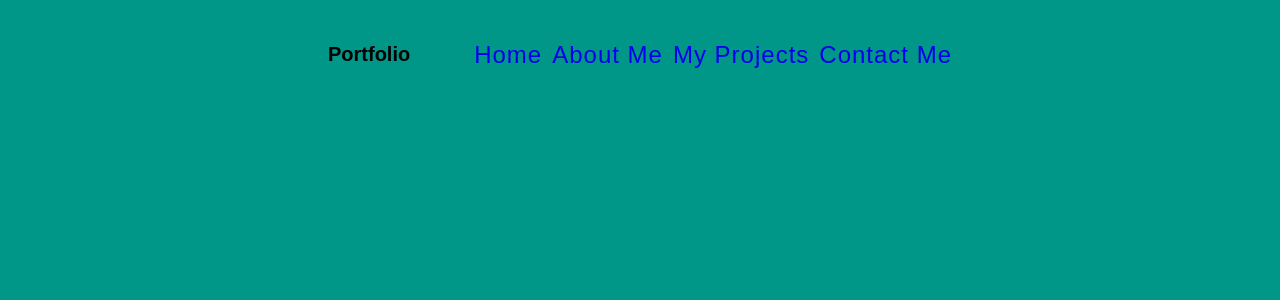
Repository: ChristianGecchelin/portfolio-web
Page: /
These files come from the project's save history. The page is drawn as it stood at one moment and after the next save; the edit follows.
The browser window is 1280 px wide. The pictures show the whole page.
The project was rebuilt for these pictures with package versions that can differ from the ones it lists, and the page was loaded fresh each time. Also part of the build but not shown: src/App/App.css.

Above is the page before, as saved 2022-01-20 17:27:42.

### public/index.html
<!DOCTYPE html>
<html lang="en">
  <head>
    <meta charset="utf-8" />
    <link rel="icon" href="%PUBLIC_URL%/favicon.ico" />
    <meta name="viewport" content="width=device-width, initial-scale=1" />
    <meta name="theme-color" content="#000000" />
    <meta name="description" content="Portfolio Online Christian Gecchelin" />
    <link rel="apple-touch-icon" href="%PUBLIC_URL%/logo192.png" />

    <link rel="manifest" href="%PUBLIC_URL%/manifest.json" />

    <title>Portfolio Christian</title>
  </head>
  <body>
    <noscript>You need to enable JavaScript to run this app.</noscript>
    <div id="root"></div>
  </body>
</html>

### src/index.js
import React from "react";
import ReactDOM from "react-dom";

import App from "./App/index";
import "./index.css";
ReactDOM.render(<App />, document.getElementById("root"));

### src/App/index.js
import { AppUI } from "./AppUI";
import "./App.css";

function App() {
  return <AppUI></AppUI>;
}

export default App;

### src/index.css
* {
  box-sizing: border-box;
  margin: 0;
  padding: 0;
}
html {
  font-size: 62.5%;
  font-family: "DM Sans", sans-serif;
}
body {
  background: #009688;
}

### src/App/AppUI.js
import React from "react";
import { Header } from "../Header/Index.js";
import "./App.css";

function AppUI() {
  return (
    <>
      <Header />
    </>
  );
}
export { AppUI };

### src/Header/Index.js
import React from "react";
import { NavBar } from "./NavBar";
import "./header.css";

function Header() {
  return (
    <header>
      <h1>Portfolio</h1>
      <NavBar />
    </header>
  );
}
export { Header };

### src/Header/NavBar/index.js
import React from "react";
import { MobileNavigation } from "./MobileNavigation";
import { Navigation } from "./Navigation";
import "./NavBar.css";
function NavBar() {
  return (
    <div className="NavBar">
      <MobileNavigation />
      <Navigation />
    </div>
  );
}
export { NavBar };

### src/Header/header.css
header {
  display: flex;
  position: fixed;
  flex-direction: row;
  justify-content: center;
  align-items: center;
  gap: 5%;
  width: 100%;
  height: 15vh;
}
header h1 {
  margin: 0;
}

### src/Header/NavBar/MobileNavigation.js
import React, { useState } from "react";
import "./NavBar.css";
import { NavLinks } from "./NavLinks";
import { TiThMenu } from "react-icons/ti";
function MobileNavigation() {
  const [open, setOpen] = useState(false);
  const closeMobileMenu = () => setOpen(false);
  return (
    <nav className="MobileNavigation">
      <TiThMenu className="hamburguer" onClick={() => setOpen(!open)} />
      {open && <NavLinks isMobile={true} closeMobileMenu={closeMobileMenu} />}
    </nav>
  );
}
export { MobileNavigation };

### src/Header/NavBar/Navigation.js
import React from "react";
import "./NavBar.css";
import { NavLinks } from "./NavLinks";
function Navigation() {
  return (
    <nav className="Navigation">
      <NavLinks />
    </nav>
  );
}
export { Navigation };

### src/Header/NavBar/NavBar.css
.NavBar .MobileNavigation {
  display: none;
}
.NavBar .Navigation {
  display: flex;
  align-items: center;
}
.NavBar nav ul {
  display: flex;
  flex-direction: row;
  justify-content: center;
  gap: 10px;
  text-align: center;
  list-style: none;
}
.NavBar nav ul li a {
  font-size: 2.4rem;
  font-weight: 500;
  line-height: 2.5rem;
  text-decoration: none;
  letter-spacing: 1px;
}
a:visited {
  color: #8c1cd1;
}
@media (max-width: 750px) {
  .NavBar .Navigation {
    display: none;
  }
  .NavBar .MobileNavigation {
    display: flex;
    align-items: center;
  }
  .NavBar .MobileNavigation .hamburguer {
    position: absolute;
    color: #000;
    height: 2rem;
    width: 2rem;
    cursor: pointer;
    z-index: 1;
  }
  .NavBar nav ul {
    display: flex;
    flex-direction: column;
    justify-content: center;
    gap: 10px;
    position: absolute;
    margin: 0;
    top: 0;
    right: 0;
    width: 100%;
    height: 100vh;
    background: rgba(0, 0, 0, 0.4);
    text-align: center;
  }
  .NavBar nav ul li a {
    font-size: 2.4rem;
    font-weight: 500;
    line-height: 2.5rem;
    text-decoration: none;
    letter-spacing: 1px;
  }
  a:visited {
    color: #8c1cd1;
  }
}

### src/Header/NavBar/NavLinks.js
import React from "react";
import "./NavBar.css";
import { motion } from "framer-motion";
function NavLinks(props) {
  const animateFrom = { opacity: 0, y: -40 };
  const animateTo = { opacity: 1, y: 0 };
  return (
    <ul>
      <motion.li
        initial={animateFrom}
        animate={animateTo}
        transition={{ delay: 0.05 }}
        onClick={() => props.isMobile && props.closeMobileMenu()}
      >
        <a href="#home">Home</a>
      </motion.li>
      <motion.li
        initial={animateFrom}
        animate={animateTo}
        transition={{ delay: 0.1 }}
        onClick={() => props.isMobile && props.closeMobileMenu()}
      >
        <a href="#aboutMe">About Me</a>
      </motion.li>
      <motion.li
        initial={animateFrom}
        animate={animateTo}
        transition={{ delay: 0.2 }}
        onClick={() => props.isMobile && props.closeMobileMenu()}
      >
        <a href="#myProjects">My Projects</a>
      </motion.li>
      <motion.li
        initial={animateFrom}
        animate={animateTo}
        transition={{ delay: 0.3 }}
        onClick={() => props.isMobile && props.closeMobileMenu()}
      >
        <a href="#contactMe">Contact Me</a>
      </motion.li>
    </ul>
  );
}
export { NavLinks };

After the next save:
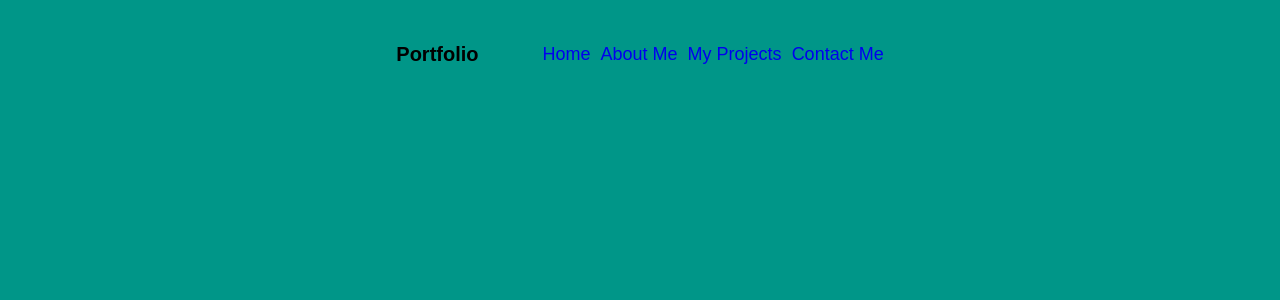
Saved 20 s later.
--- a/src/Header/NavBar/NavBar.css
+++ b/src/Header/NavBar/NavBar.css
@@ -14,11 +14,10 @@
   list-style: none;
 }
 .NavBar nav ul li a {
-  font-size: 2.4rem;
+  font-size: 1.8rem;
   font-weight: 500;
-  line-height: 2.5rem;
+  line-height: 2rem;
   text-decoration: none;
-  letter-spacing: 1px;
 }
 a:visited {
   color: #8c1cd1;
